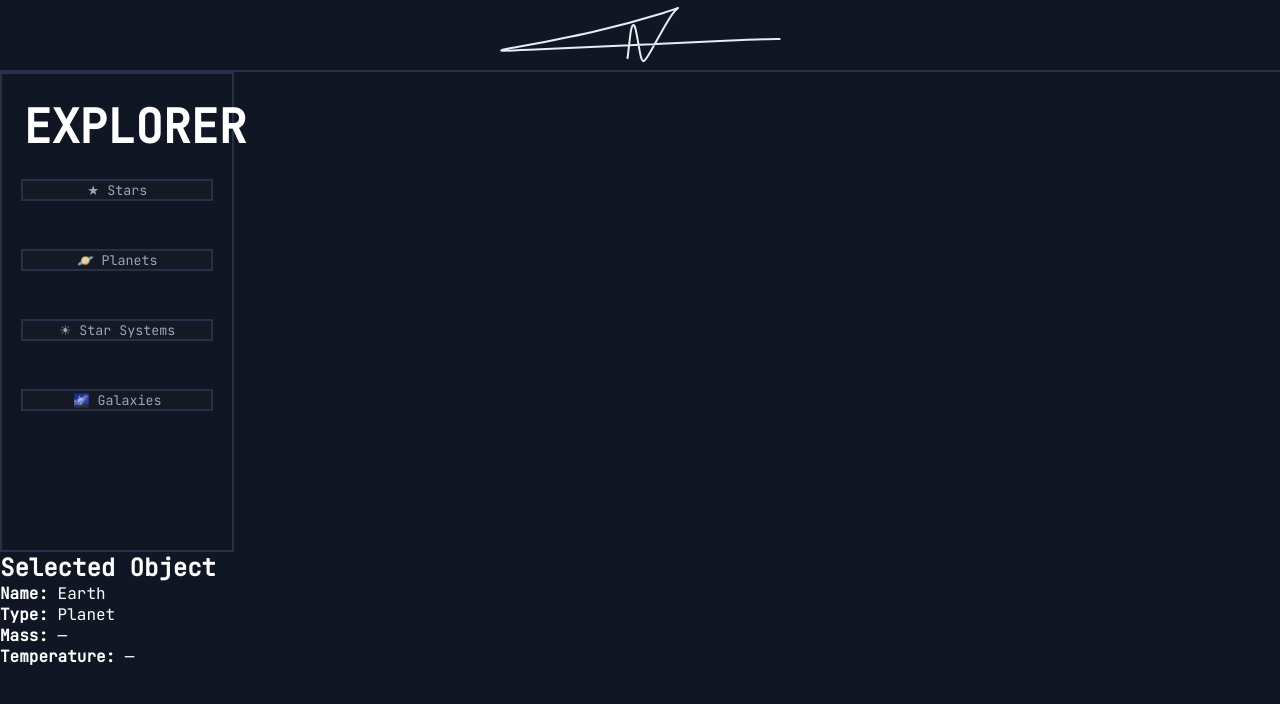
Repository: nico-madruga/Universe
Page: front-end/html/index.html
An editor plug-in stored every save of this project. The page is shown before and after the next save, followed by the edit.
The browser window is 1280 px wide. The pictures show the whole page.

Above is the page before, as saved 2026-09-28 16:59:27.

### front-end/html/index.html
<!DOCTYPE html>
<html lang="en">
<head>
    <meta charset="UTF-8">
    <meta name="viewport" content="width=device-width, initial-scale=1.0">
    <link href='https://fonts.googleapis.com/css?family=JetBrains Mono' rel='stylesheet'>
    <link rel="stylesheet" href="../css/style.css">
    <title>Universe</title>

    <link rel="stylesheet" href="../css/style.css">
</head>

<body>

    <header>
        <img src="/front-end/imgs/Vector 1.svg">
    </header>


    <main class="layout">

        <aside class="sidebar">

            <h2>EXPLORER</h2>

            <nav>
                <button class="standard_button">★ Stars</button>
                <button class="standard_button">🪐 Planets</button>
                <button class="standard_button">☀ Star Systems</button>
                <button class="standard_button">🌌 Galaxies</button>
            </nav>

        </aside>


        <section class="content">

            <section class="space">

                <div class="star star-1"></div>
                <div class="star star-2"></div>
                <div class="star star-3"></div>

                <div class="planet"></div>

            </section>


            <section class="object-info">

                <h2>Selected Object</h2>

                <div class="info-grid">

                    <p>
                        <strong>Name:</strong>
                        Earth
                    </p>

                    <p>
                        <strong>Type:</strong>
                        Planet
                    </p>

                    <p>
                        <strong>Mass:</strong>
                        —
                    </p>

                    <p>
                        <strong>Temperature:</strong>
                        —
                    </p>

                </div>

            </section>

        </section>

    </main>

</body>
</html>

### front-end/css/style.css
:root
{
    --background-color: #101624;
    --planet-background-color: #080B14;
    --button-color: #2222224D;
    --panels-color: #101624;
    --panel-borders-color: #263149;
    --main-text-color: #E8ECF4;
    --secondary-text-color: #9AA6BA;
    --primary-accent-color: #4CC9F0;
    --secondary-accent-color: #8B7CFF;
    --highlight-color: #A9E8FF;
}

*
{
 padding: 0;
 margin: 0;
 color: white;
 font-family: 'JetBrains Mono';
}

header
{
    display: flex;
    padding: 1vh 0;
    background-color: var(--background-color);
    flex-direction: row-reverse;
    justify-content: space-evenly;
    border-bottom: 2px solid var(--panel-borders-color);
}

header input
{
    align-self: center;
    height: 2rem;
}

body
{
    background-color: var(--background-color);
}

.layout .sidebar
{
    display: flex;
    flex-direction: column;
    text-align: center;
    width: 18vw;
    height: 66vh;
    border: 2px solid var(--panel-borders-color);
}

.sidebar h2
{
    padding: 3vh;
    font-size: 2.9rem;
    font-style: normal;
}

.sidebar nav
{
    display: flex;
    flex-direction: column;
    gap: 48px;
}

.standard_button
{
    align-self: center;
    width: 15vw;
    background-color: var(--button-color);
    border-color: var(--panel-borders-color);
    border-style: solid;
    color: var(--secondary-text-color);
}

After the next save:
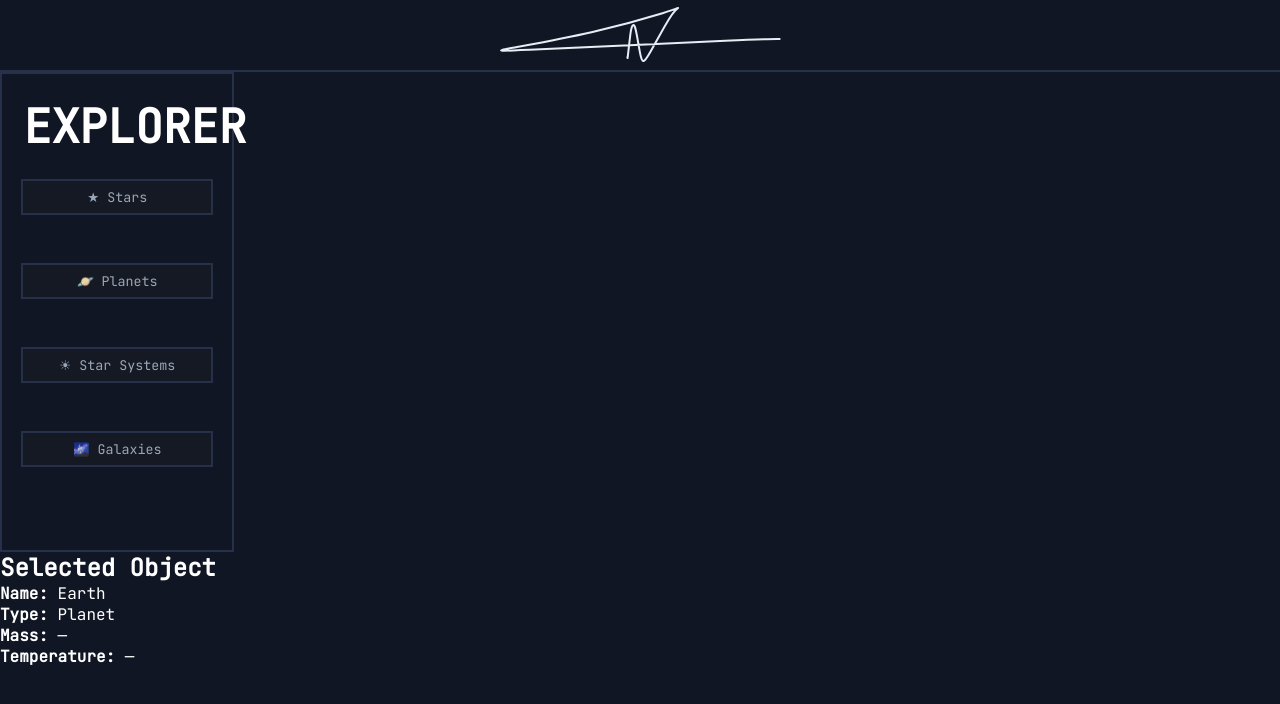
Saved 9 s later.
--- a/front-end/css/style.css
+++ b/front-end/css/style.css
@@ -69,6 +69,7 @@ body
 {
     align-self: center;
     width: 15vw;
+    height: 5vh;
     background-color: var(--button-color);
     border-color: var(--panel-borders-color);
     border-style: solid;
